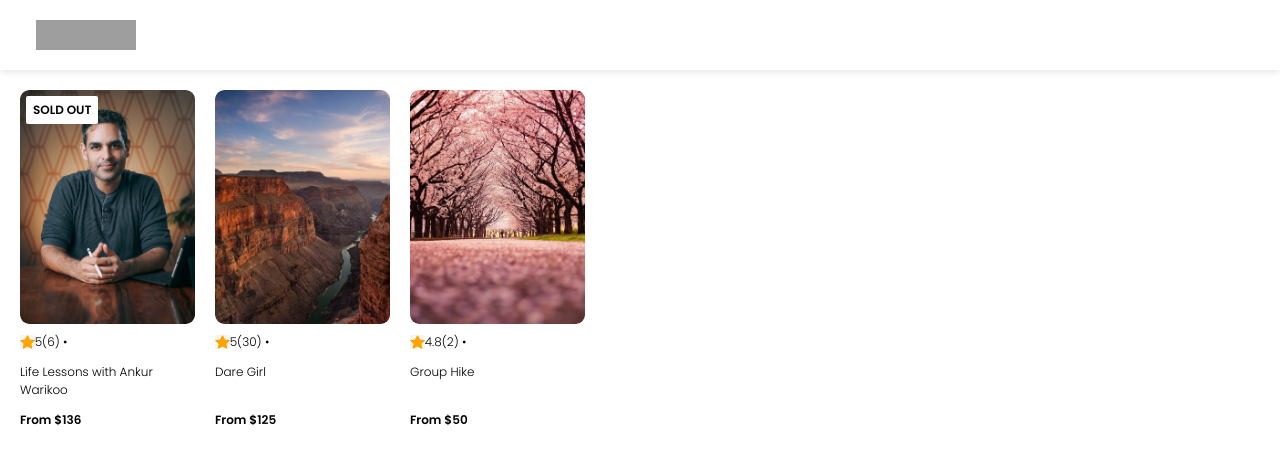
Repository: Sundaram-2001/Airbnb-experience
Page: /
These files come from the project's save history. The page is drawn as it stood at one moment and after the next save; the edit follows.
The browser window is 1280 px wide. The pictures show the whole page.
Pictures or frames that could not be fetched are drawn as grey boxes. The project was rebuilt for these pictures with package versions that can differ from the ones it lists, and the page was loaded fresh each time. Also part of the build but not shown: src/components/Hero.jsx.

Above is the page before, as saved 2023-01-25 22:47:28.

After the next save:
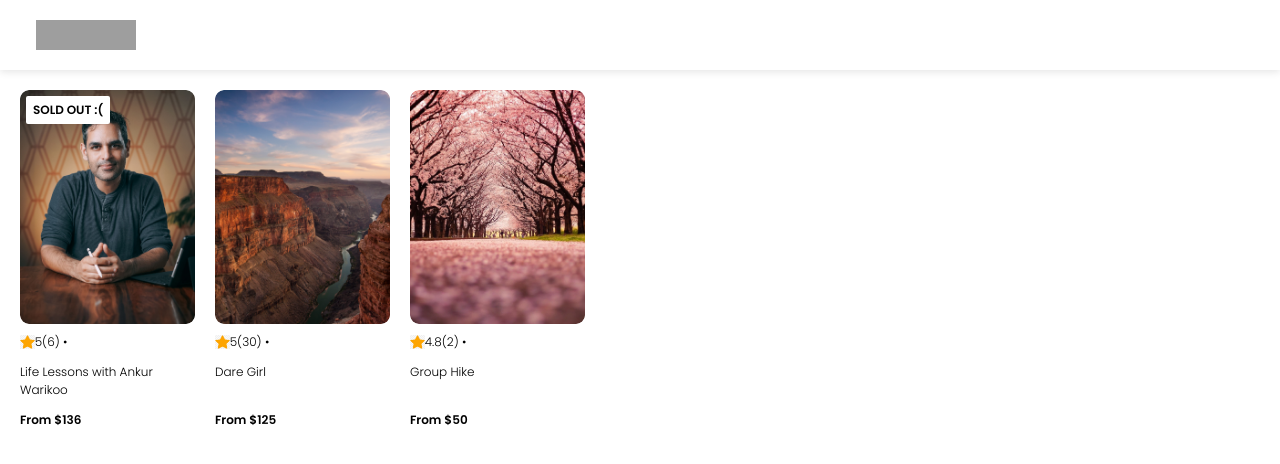
Saved 25 s later.
--- a/src/components/Card.jsx
+++ b/src/components/Card.jsx
@@ -5,7 +5,7 @@
 function Card(props){
     return(
         <div className="card">
-           {props.openSpots===0 && <div className="card--badge">SOLD OUT</div>}
+           {props.openSpots===0 && <div className="card--badge">SOLD OUT :(</div>}
             <img src={`../images/${props.img}`} className="card--image" />
             <div className="card--stats">
                 <img src="../images/download.png" className='card--star' />
